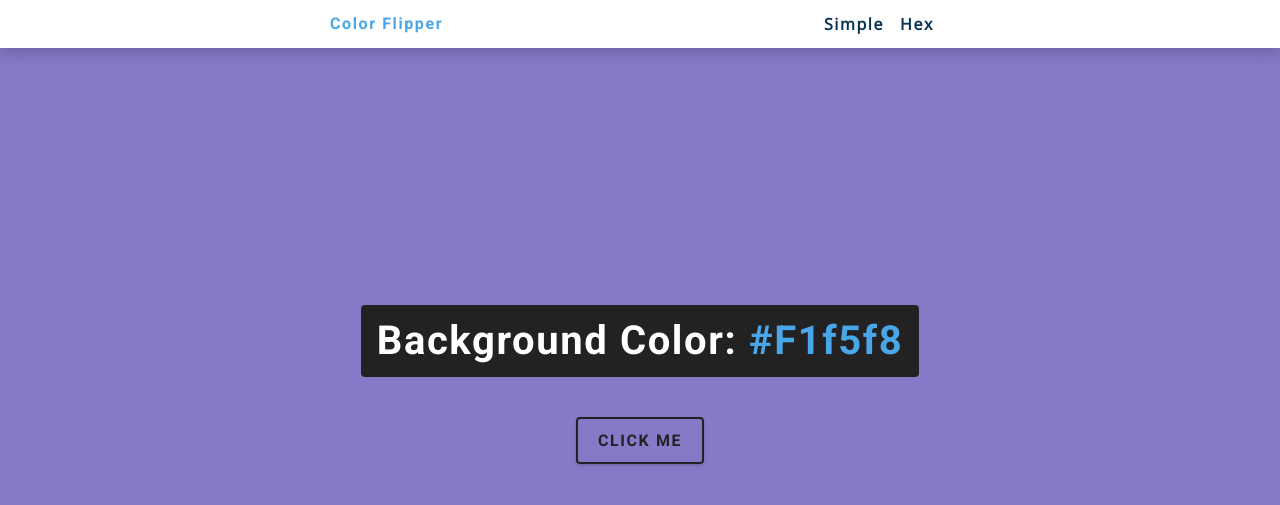
Repository: smit1298/color-changer
Page: index.html
The author's editor kept a copy of each file at every save. The page is drawn from the files as they stood at one save, then again after a run of saves.
The browser window is 1280 px wide. The pictures show the whole page.
After loading, the first visible `#btn` was clicked once.

Above is the page before, as saved 2022-05-02 10:37:04.
Console error: ReferenceError: col is not defined

### index.html
<!DOCTYPE html>
<html lang="en">

<head>
  <meta charset="UTF-8" />
  <meta name="viewport" content="width=device-width, initial-scale=1.0" />
  <title>Color Flipper || Simple</title>

  <!-- styles -->
  <link rel="stylesheet" href="styles.css" />
</head>

<body>
  <nav>
    <div class="nav-center">
      <h4>color Flipper</h4>
      <ul class="nav-links">
        <li>
          <a href="index.html">simple</a>
        </li>
        <li>
          <a href="hex.html">hex</a>
        </li>
      </ul>
    </div>
  </nav>
  <main>
    <div class="container">
      <h2>background color:
        <span class="color">
          #f1f5f8
        </span>
      </h2>
      <button class="btn btn-hero" id="btn">click me</button>
    </div>
  </main>
  <script src="app.js"></script>
</body>

</html>

### styles.css
/*
===============
Fonts
===============
*/
@import url("https://fonts.googleapis.com/css?family=Open+Sans|Roboto:400,700&display=swap");

/*
===============
Variables
===============
*/

:root {
  /* dark shades of primary color*/
  --clr-primary-1: hsl(205, 86%, 17%);
  --clr-primary-2: hsl(205, 77%, 27%);
  --clr-primary-3: hsl(205, 72%, 37%);
  --clr-primary-4: hsl(205, 63%, 48%);
  /* primary/main color */
  --clr-primary-5: hsl(205, 78%, 60%);
  /* lighter shades of primary color */
  --clr-primary-6: hsl(205, 89%, 70%);
  --clr-primary-7: hsl(205, 90%, 76%);
  --clr-primary-8: hsl(205, 86%, 81%);
  --clr-primary-9: hsl(205, 90%, 88%);
  --clr-primary-10: hsl(205, 100%, 96%);
  /* darkest grey - used for headings */
  --clr-grey-1: hsl(209, 61%, 16%);
  --clr-grey-2: hsl(211, 39%, 23%);
  --clr-grey-3: hsl(209, 34%, 30%);
  --clr-grey-4: hsl(209, 28%, 39%);
  /* grey used for paragraphs */
  --clr-grey-5: hsl(210, 22%, 49%);
  --clr-grey-6: hsl(209, 23%, 60%);
  --clr-grey-7: hsl(211, 27%, 70%);
  --clr-grey-8: hsl(210, 31%, 80%);
  --clr-grey-9: hsl(212, 33%, 89%);
  --clr-grey-10: hsl(210, 36%, 96%);
  --clr-white: #fff;
  --clr-red-dark: hsl(360, 67%, 44%);
  --clr-red-light: hsl(360, 71%, 66%);
  --clr-green-dark: hsl(125, 67%, 44%);
  --clr-green-light: hsl(125, 71%, 66%);
  --clr-black: #222;
  --ff-primary: "Roboto", sans-serif;
  --ff-secondary: "Open Sans", sans-serif;
  --transition: all 0.3s linear;
  --spacing: 0.1rem;
  --radius: 0.25rem;
  --light-shadow: 0 5px 15px rgba(0, 0, 0, 0.1);
  --dark-shadow: 0 5px 15px rgba(0, 0, 0, 0.2);
  --max-width: 1170px;
  --fixed-width: 620px;
}
/*
===============
Global Styles
===============
*/

*,
::after,
::before {
  margin: 0;
  padding: 0;
  box-sizing: border-box;
}
body {
  font-family: var(--ff-secondary);
  background: var(--clr-grey-10);
  color: var(--clr-grey-1);
  line-height: 1.5;
  font-size: 0.875rem;
}
ul {
  list-style-type: none;
}
a {
  text-decoration: none;
}
h1,
h2,
h3,
h4 {
  letter-spacing: var(--spacing);
  text-transform: capitalize;
  line-height: 1.25;
  margin-bottom: 0.75rem;
  font-family: var(--ff-primary);
}
h1 {
  font-size: 3rem;
}
h2 {
  font-size: 2rem;
}
h3 {
  font-size: 1.25rem;
}
h4 {
  font-size: 0.875rem;
}
p {
  margin-bottom: 1.25rem;
  color: var(--clr-grey-5);
}
@media screen and (min-width: 800px) {
  h1 {
    font-size: 4rem;
  }
  h2 {
    font-size: 2.5rem;
  }
  h3 {
    font-size: 1.75rem;
  }
  h4 {
    font-size: 1rem;
  }
  body {
    font-size: 1rem;
  }
  h1,
  h2,
  h3,
  h4 {
    line-height: 1;
  }
}
/*  global classes */

/* section */
.section {
  padding: 5rem 0;
}

.section-center {
  width: 90vw;
  margin: 0 auto;
  max-width: 1170px;
}
@media screen and (min-width: 992px) {
  .section-center {
    width: 95vw;
  }
}
main {
  min-height: 100vh;
  display: grid;
  place-items: center;
}

/*
===============
Nav
===============
*/
nav {
  background: var(--clr-white);
  height: 3rem;
  display: grid;
  align-items: center;
  box-shadow: var(--dark-shadow);
}
.nav-center {
  width: 90vw;
  max-width: var(--fixed-width);
  margin: 0 auto;
  display: flex;
  align-items: center;
  justify-content: space-between;
}
.nav-center h4 {
  margin-bottom: 0;
  color: var(--clr-primary-5);
}
.nav-links {
  display: flex;
}
nav a {
  text-transform: capitalize;
  font-weight: 700;
  font-size: 1rem;
  color: var(--clr-primary-1);
  letter-spacing: var(--spacing);
  margin-right: 1rem;
}
nav a:hover {
  color: var(--clr-primary-5);
}
/*
===============
Container
===============
*/
main {
  min-height: calc(100vh - 3rem);
  display: grid;
  place-items: center;
}
.container {
  text-align: center;
}
.container h2 {
  background: var(--clr-black);
  color: var(--clr-white);
  padding: 1rem;
  border-radius: var(--radius);
  margin-bottom: 2.5rem;
}
.color {
  color: var(--clr-primary-5);
}
.btn-hero {
  font-family: var(--ff-primary);
  text-transform: uppercase;
  background: transparent;
  color: var(--clr-black);
  letter-spacing: var(--spacing);
  display: inline-block;
  font-weight: 700;
  transition: var(--transition);
  border: 2px solid var(--clr-black);
  cursor: pointer;
  box-shadow: 0 1px 3px rgba(0, 0, 0, 0.2);
  border-radius: var(--radius);
  font-size: 1rem;
  padding: 0.75rem 1.25rem;
}
.btn-hero:hover {
  color: var(--clr-white);
  background: var(--clr-black);
}

### app.js
const colors = ["green", "red", "rgba(133,122,200)", "#f15025"];

const btn = document.getElementById("btn");
const color = document.querySelector(".color");

btn.addEventListener("click", function () {
// get randon number between 0 - 3 colors[3]
    const randomNumbrer = 2;
    document.body.style.backgroundColor = colors[randomNumbrer];
    color.textContent = col
});

After the next 3 saves:
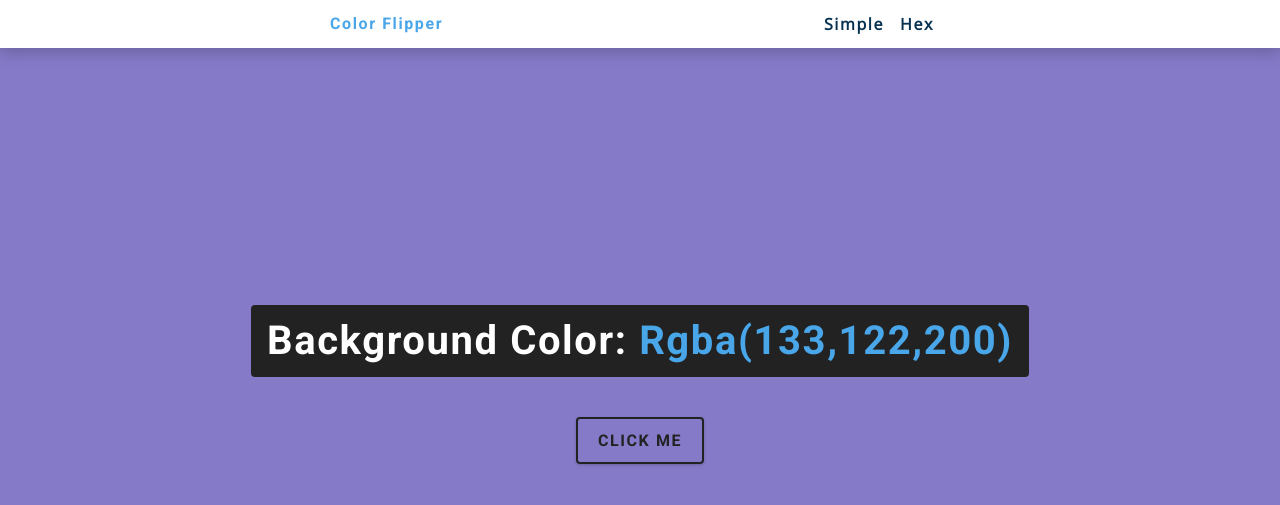
The error is gone.
The 3 saves are shown as one change because they came seconds apart.
The last was saved 9 s later.
--- a/app.js
+++ b/app.js
@@ -7,5 +7,5 @@ btn.addEventListener("click", function () {
 // get randon number between 0 - 3 colors[3]
     const randomNumbrer = 2;
     document.body.style.backgroundColor = colors[randomNumbrer];
-    color.textContent = col
+    color.textContent = colors[randomNumbrer]
 });
